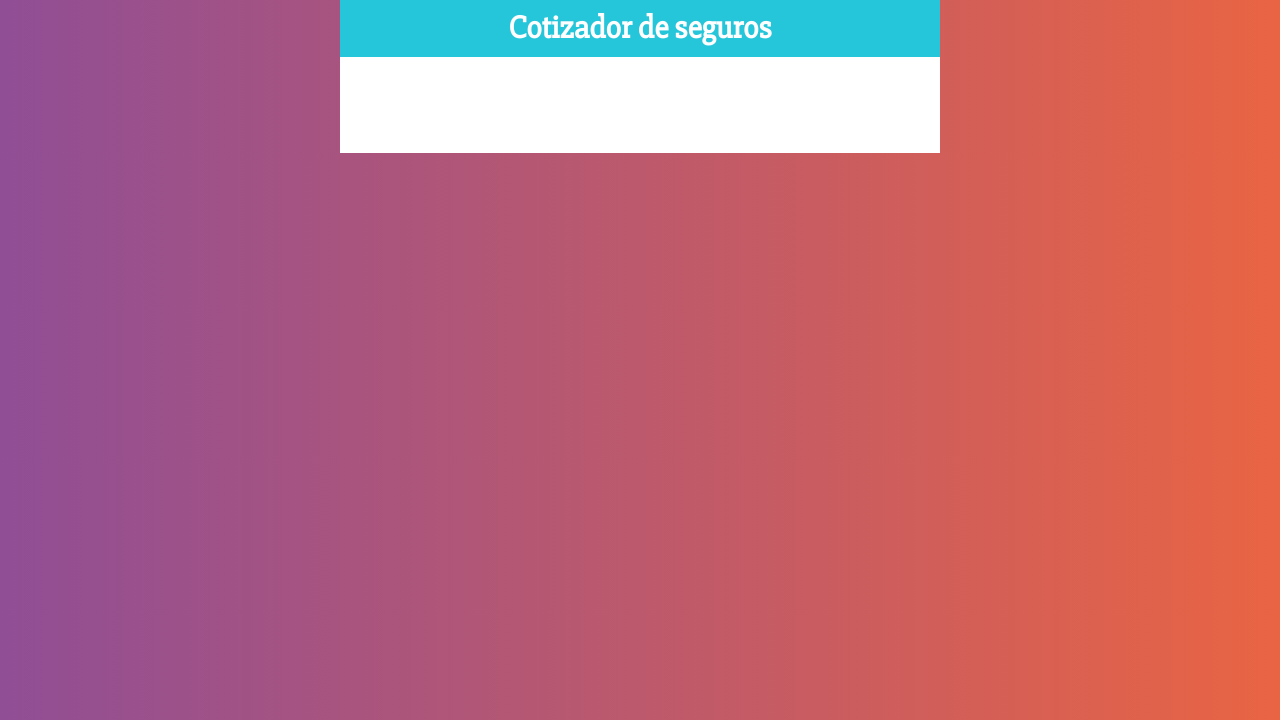
Repository: leonmezu1/cotizadorSeguroReact
Page: /
An editor plug-in stored every save of this project. The page is shown before and after the next save, followed by the edit.
The browser window is 1280 px wide. The pictures show the whole page.
The project was rebuilt for these pictures with package versions that can differ from the ones it lists, and the page was loaded fresh each time.

Above is the page before, as saved 2020-10-08 09:30:46.

### public/index.html
<!DOCTYPE html>
<html lang="en">
  <head>
    <meta charset="utf-8" />
    <link rel="icon" href="%PUBLIC_URL%/favicon.ico" />
    <meta name="viewport" content="width=device-width, initial-scale=1" />
    <meta name="theme-color" content="#000000" />
    <meta
      name="description"
      content="Web site created using create-react-app"
    />
    <link rel="apple-touch-icon" href="%PUBLIC_URL%/logo192.png" />
    <!--
      manifest.json provides metadata used when your web app is installed on a
      user's mobile device or desktop. See https://developers.google.com/web/fundamentals/web-app-manifest/
    -->
    <link rel="manifest" href="%PUBLIC_URL%/manifest.json" />
    <!--
      Notice the use of %PUBLIC_URL% in the tags above.
      It will be replaced with the URL of the `public` folder during the build.
      Only files inside the `public` folder can be referenced from the HTML.

      Unlike "/favicon.ico" or "favicon.ico", "%PUBLIC_URL%/favicon.ico" will
      work correctly both with client-side routing and a non-root public URL.
      Learn how to configure a non-root public URL by running `npm run build`.
    -->
    <link
      rel="stylesheet"
      href="https://necolas.github.io/normalize.css/8.0.0/normalize.css"
    />
    <link
      rel="stylesheet"
      href="https://fonts.googleapis.com/css?family=Slabo+27px"
    />
    <title>Cotizador de autos</title>
  </head>
  <body>
    <noscript>You need to enable JavaScript to run this app.</noscript>
    <div id="root"></div>
    <!--
      This HTML file is a template.
      If you open it directly in the browser, you will see an empty page.

      You can add webfonts, meta tags, or analytics to this file.
      The build step will place the bundled scripts into the <body> tag.

      To begin the development, run `npm start` or `yarn start`.
      To create a production bundle, use `npm run build` or `yarn build`.
    -->
  </body>
</html>

### src/index.css
*,
*::before,
*::after {
  box-sizing: border-box;
}

body {
  background: #e96443;
  /* fallback for old browsers */
  background: -webkit-linear-gradient(to right, #904e95, #e96443);
  /* Chrome 10-25, Safari 5.1-6 */
  background: linear-gradient(to right, #904e95, #e96443);
  font-family: Arial, Helvetica, sans-serif;
}

ul {
  list-style: none;
  padding: none;
  margin: none;
}

span.resultado {
  position: relative;
  width: 100%;
}

.resultado-enter {
  transition: .5s;
}

.resultado-enter.resultado-enter-active {
  transform: translateY(0%);
}

.resultado-exit {
  transform: translateY(0);
  transition: .5s;
  position: absolute;
  left: 0;
  bottom: 0;
  right: 0;
}

.resultado-exit-active {
  opacity: 0;
  transform: translateY(-10%);
}

### src/App.js
import React from "react";
import Header from "./components/Header";
import styled from "@emotion/styled";

const Contenedor = styled.div`
  max-width: 600px;
  margin: 0 auto;
`;

const ContenedorFormulario = styled.div`
  background-color: #ffffff;
  padding: 3rem;
`;

function App() {
  return (
    <Contenedor>
      <Header titulo="Cotizador de seguros" />
      <ContenedorFormulario></ContenedorFormulario>
    </Contenedor>
  );
}

export default App;

### src/components/Header.js
import React from "react";
import styled from "@emotion/styled";

const ContenedorHeader = styled.header`
  background-color: #26c6da;
  padding: 10px;
  font-weight: bold;
  color: #ffffff;
`;

const TextoHeader = styled.h1`
  font-size: 2rem;
  margin: 0;
  font-family: "Slabo 27px", serif;
  text-align: center;
`;

const Header = ({ titulo }) => (
  <ContenedorHeader>
    <TextoHeader>{titulo}</TextoHeader>
  </ContenedorHeader>
);

export default Header;

### src/components/Formulario.js
import React from "react";

const Formulario = () => {
  return (
    <form>
      <div>
        <label>Marca</label>
        <select>
          <option value="">-- Seleccione --</option>
          <option value="americano">Americano</option>
          <option value="europeo">Europeo</option>
          <option value="asiatico">Asiatico</option>
        </select>
      </div>
    </form>
  );
};

export default Formulario;

Loaded but not shown: src/index.js (common file); src/serviceWorker.js (common file)

After the next save:
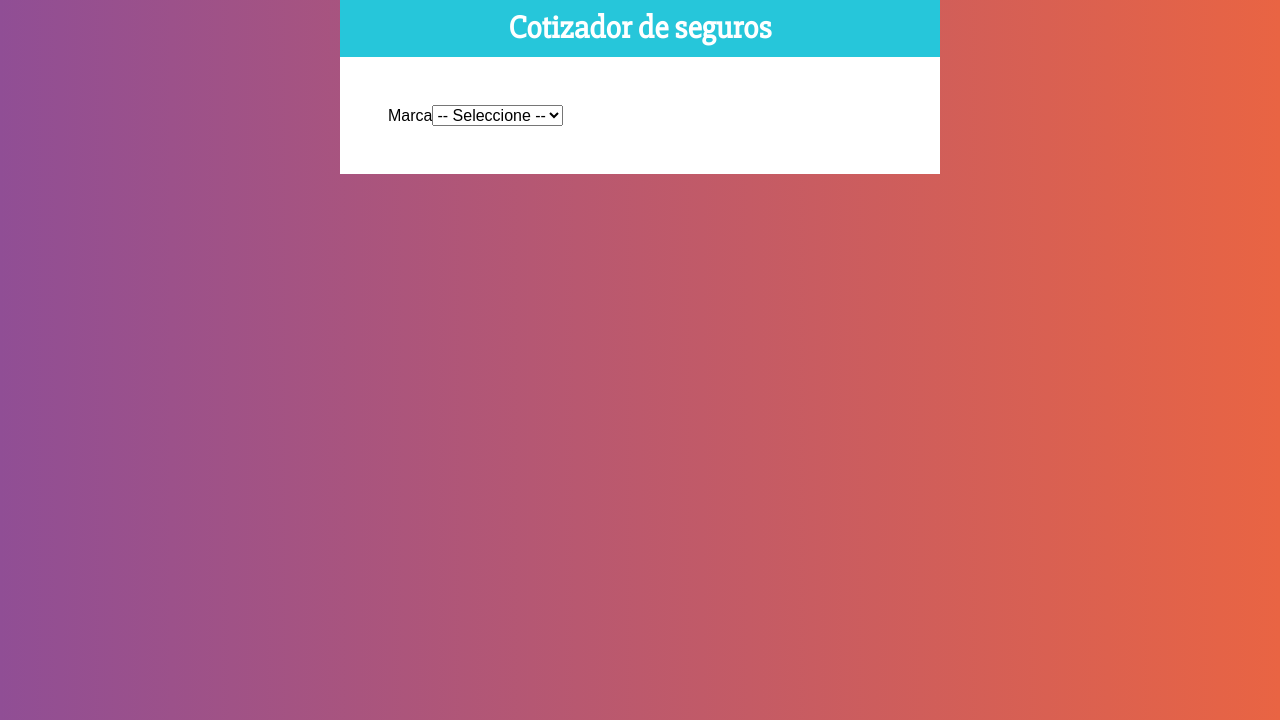
Saved 81 s later.
--- a/src/App.js
+++ b/src/App.js
@@ -1,6 +1,7 @@
 import React from "react";
 import Header from "./components/Header";
 import styled from "@emotion/styled";
+import Formulario from "./components/Formulario";
 
 const Contenedor = styled.div`
   max-width: 600px;
@@ -16,7 +17,9 @@ function App() {
   return (
     <Contenedor>
       <Header titulo="Cotizador de seguros" />
-      <ContenedorFormulario></ContenedorFormulario>
+      <ContenedorFormulario>
+        <Formulario />
+      </ContenedorFormulario>
     </Contenedor>
   );
 }
